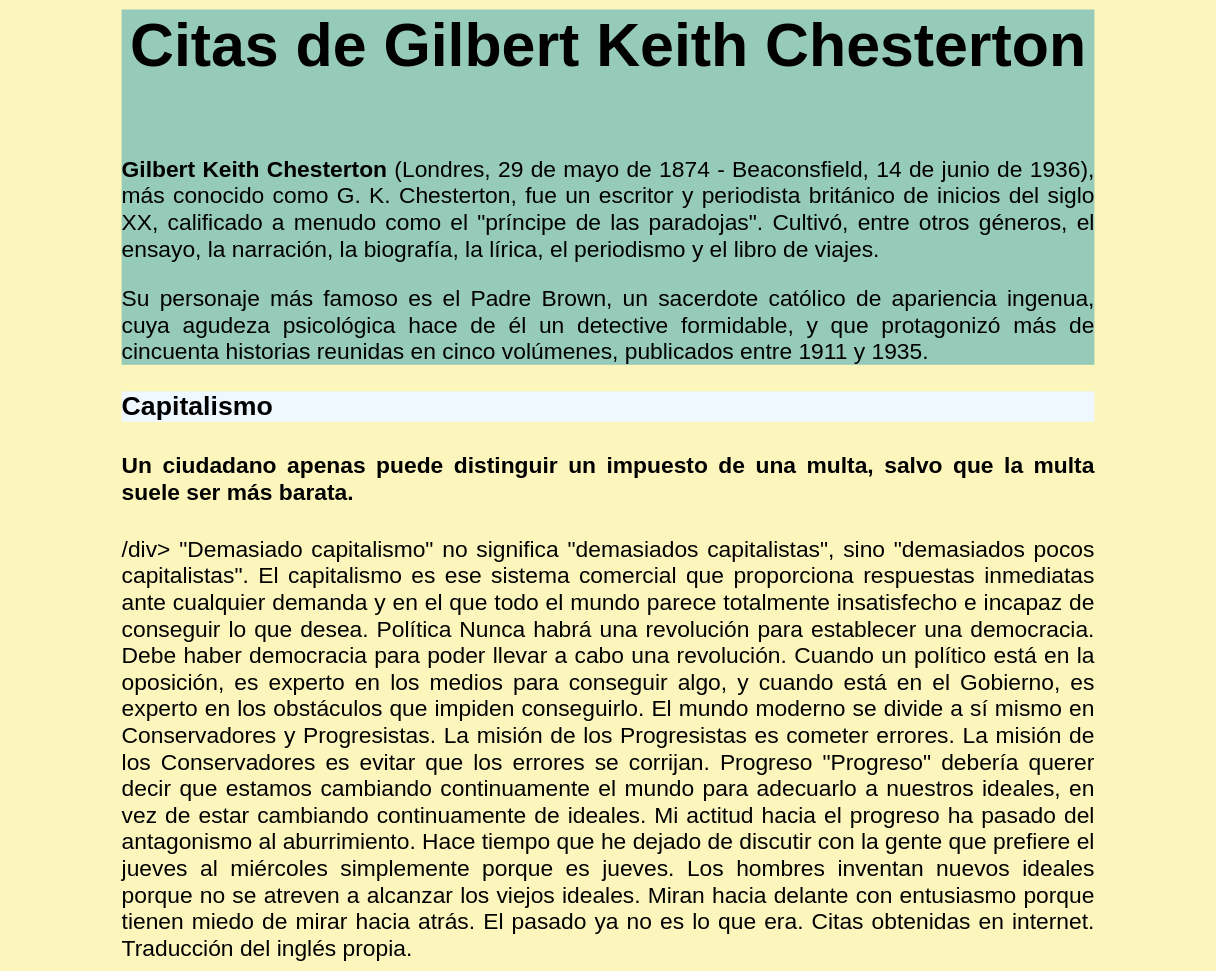
Repository: EmilyMachuca-Developer/Advanced-Programming-Projects
Page: index.html
These files come from the project's save history. The page is drawn as it stood at one moment and after the next save; the edit follows.
The browser window is 1280 px wide. The pictures show the whole page, at 95% of full size.

Above is the page before, as saved 2024-02-26 20:28:08.

### index.html
<html lang="es">
<head>
<meta charset="utf-8">
<link rel="stylesheet" href="Taller 2/css/style.css">
<title>Emily Machuca</title>
</head>

<body>
    <div style="background-color: rgb(150, 202, 185);">
        <h1>Citas de Gilbert Keith Chesterton</h1> <br><br>
        <p><strong>Gilbert Keith Chesterton</strong> (Londres, 29 de mayo de 1874 - Beaconsfield, 14 de junio de 1936), más conocido como G. K. Chesterton, fue un escritor y periodista británico de inicios del siglo XX, calificado a menudo como el "príncipe de las paradojas". Cultivó, entre otros géneros, el ensayo, la narración, la biografía, la lírica, el periodismo y el libro de viajes.</p>
        <p>Su personaje más famoso es el Padre Brown, un sacerdote católico de apariencia ingenua, cuya agudeza psicológica hace de él un detective formidable, y que protagonizó más de cincuenta historias reunidas en cinco volúmenes, publicados entre 1911 y 1935.</p>
    </div>

<div style="background-color: aliceblue;"><h3>Capitalismo</h3></div>

<div><h4>Un ciudadano apenas puede distinguir un impuesto de una multa, salvo que la multa suele ser más barata.</h4>/div>


"Demasiado capitalismo" no significa "demasiados capitalistas", sino "demasiados pocos capitalistas".

El capitalismo es ese sistema comercial que proporciona respuestas inmediatas ante cualquier demanda y en el que todo el mundo parece totalmente insatisfecho e incapaz de conseguir lo que desea.

Política

Nunca habrá una revolución para establecer una democracia. Debe haber democracia para poder llevar a cabo una revolución.

Cuando un político está en la oposición, es experto en los medios para conseguir algo, y cuando está en el Gobierno, es experto en los obstáculos que impiden conseguirlo.

El mundo moderno se divide a sí mismo en Conservadores y Progresistas. La misión de los Progresistas es cometer errores. La misión de los Conservadores es evitar que los errores se corrijan.

Progreso

"Progreso" debería querer decir que estamos cambiando continuamente el mundo para adecuarlo a nuestros ideales, en vez de estar cambiando continuamente de ideales.

Mi actitud hacia el progreso ha pasado del antagonismo al aburrimiento. Hace tiempo que he dejado de discutir con la gente que prefiere el jueves al miércoles simplemente porque es jueves.

Los hombres inventan nuevos ideales porque no se atreven a alcanzar los viejos ideales. Miran hacia delante con entusiasmo porque tienen miedo de mirar hacia atrás.

El pasado ya no es lo que era.

Citas obtenidas en internet. Traducción del inglés propia.
</body>
</html>

### Taller 2/css/style.css
body {
    margin: 10px 10%;
    background-color: fcf6bd;
    font-family: sans-serif;
    font-size: 1.5rem;
    text-align: justify;
  }

  header {
    padding: 0 10px;
    background-color: hwb(0 94% 6% / 0.767);
  }

  h1 {
    margin: 0;
    font-size: 4rem;
    text-align: center;
  }

  main {
    display: block;
    border: white 2px solid;
    padding: 10px;
  }

  section {
    padding-bottom: 5px;
    background-color: hwb(14 0% 26%)
  }

  section + section {
    margin-top: 40px;
  }

  h2 {
    margin: 0;
    padding-left: 10px;
    background-color: white;
  }

  section p {
    border: hwb(16 45% 27%)10px solid;
    margin: 20px 10%;
    padding: 10px;
    color: white;
    line-height: 200%;
  }

  footer {
    border-top: black 5px solid;
    margin: 20px 0;
    padding: 0 10px;
    background-color: hwb(15 50% 40%);
    font-size: 1.2rem;
  }

After the next save:
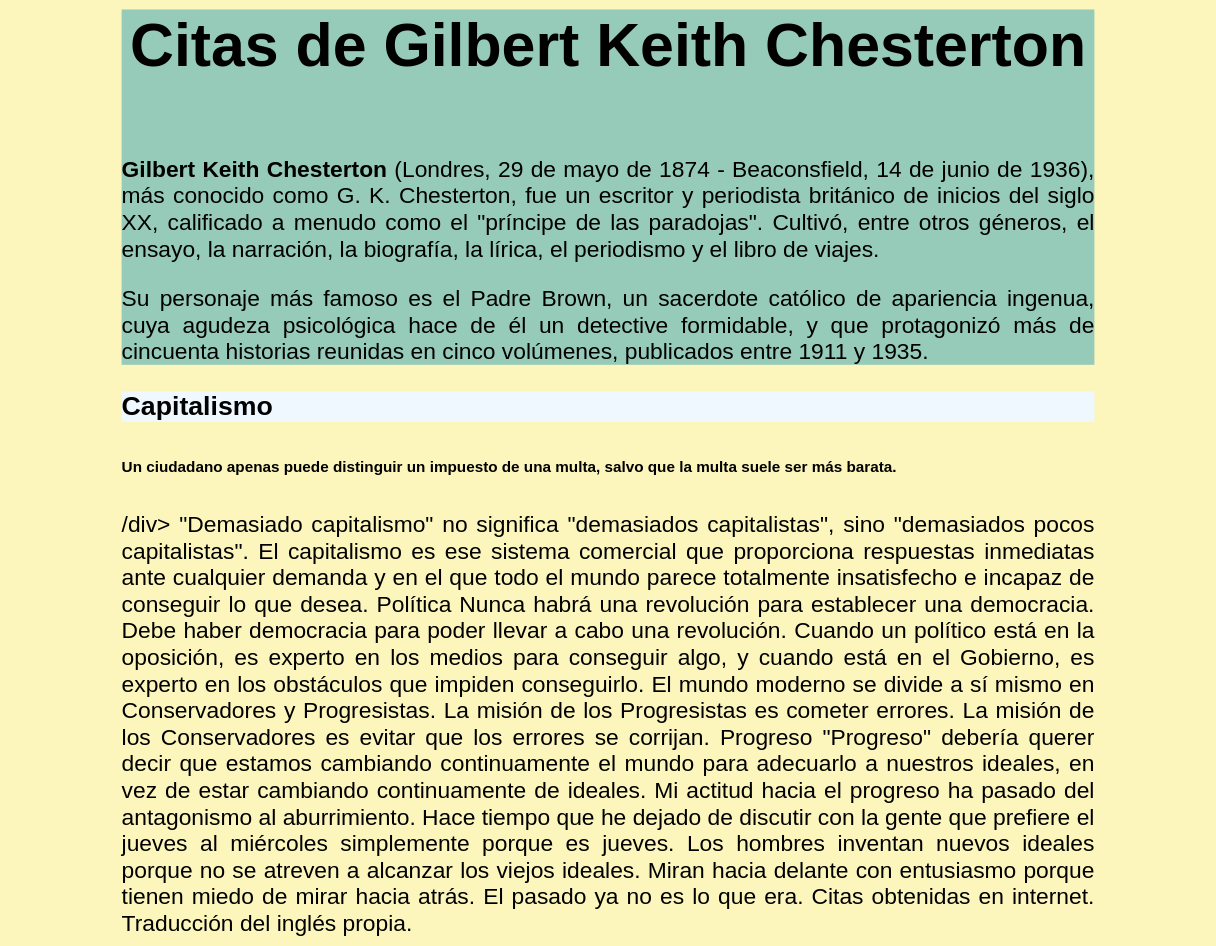
Saved 15 s later.
--- a/index.html
+++ b/index.html
@@ -14,7 +14,7 @@
 
 <div style="background-color: aliceblue;"><h3>Capitalismo</h3></div>
 
-<div><h4>Un ciudadano apenas puede distinguir un impuesto de una multa, salvo que la multa suele ser más barata.</h4>/div>
+<div><h6>Un ciudadano apenas puede distinguir un impuesto de una multa, salvo que la multa suele ser más barata.</h4>/div>
 
 
 "Demasiado capitalismo" no significa "demasiados capitalistas", sino "demasiados pocos capitalistas".
